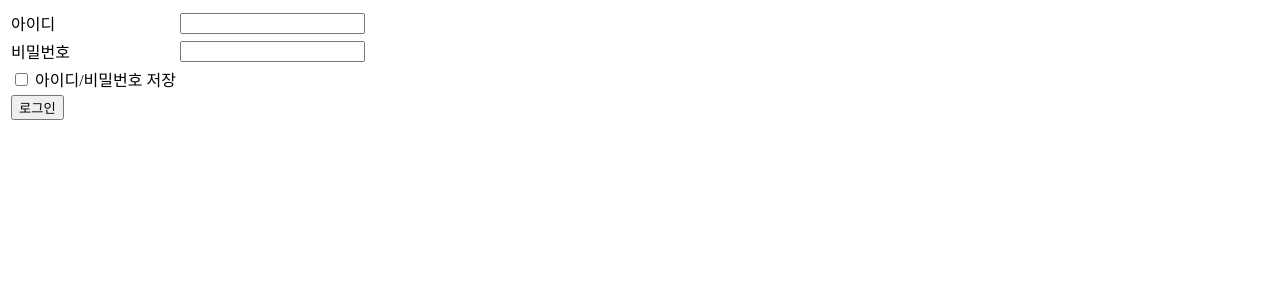
Repository: Gabintree/JDBC2019
Page: http://localhost/JDBC_20190521/20190527_Login.jsp
An editor plug-in stored every save of this project. The page is shown before and after the next save, followed by the edit.
The browser window is 1280 px wide. The pictures show the whole page.
The page is served by Tomcat 9.

Above is the page before, as saved 2019-05-27 00:50:41.

After the next save:
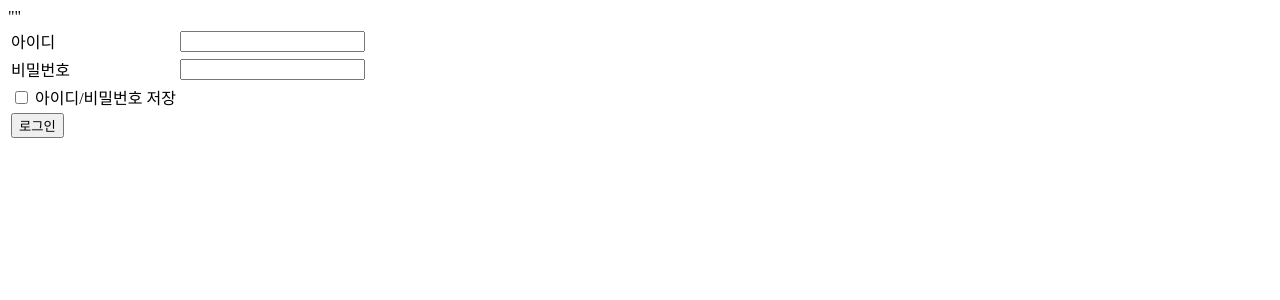
Saved 16 s later.
--- a/JDBC_20190521/WebContent/20190527_Login.jsp
+++ b/JDBC_20190521/WebContent/20190527_Login.jsp
@@ -29,7 +29,8 @@
  			<td><input type ="checkbox" value="save"> 아이디/비밀번호 저장</td>
  		</tr>
  		<tr>
- 			<td><input type ="submit" value="로그인"></td>
+ 			<td colspan="2" aligin=><input type ="submit" value="로그인"></td>
+ 			""
  		</tr>
 
 

After the save that followed:
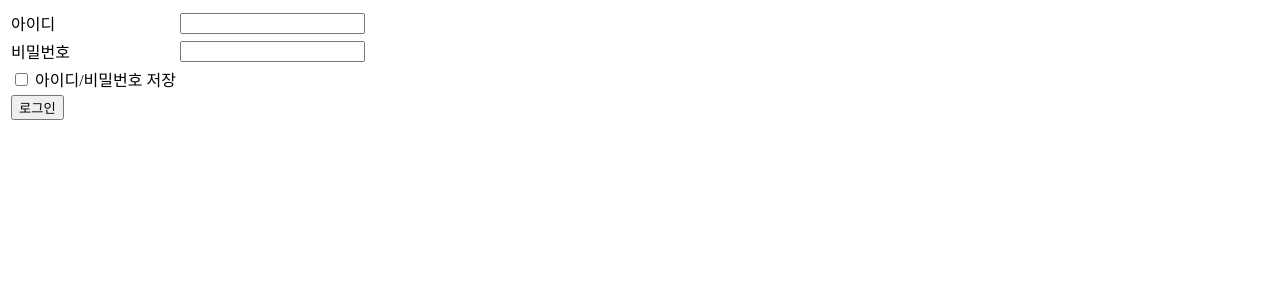
Saved 4 s later.
--- a/JDBC_20190521/WebContent/20190527_Login.jsp
+++ b/JDBC_20190521/WebContent/20190527_Login.jsp
@@ -29,8 +29,7 @@
  			<td><input type ="checkbox" value="save"> 아이디/비밀번호 저장</td>
  		</tr>
  		<tr>
- 			<td colspan="2" aligin=><input type ="submit" value="로그인"></td>
- 			""
+ 			<td colspan="2" aligin="right"><input type ="submit" value="로그인"></td>
  		</tr>
 
 
